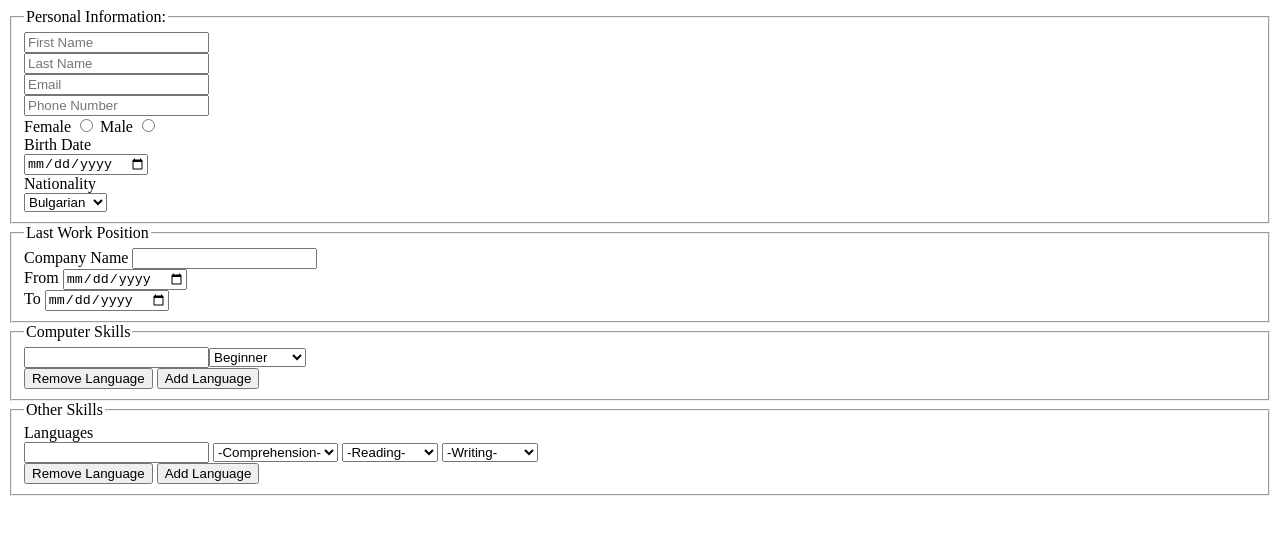
Repository: zhanivanov/PHP_Basics_Course_Homework
Page: http://localhost/5.CVGenerator/CVGenerator.php
The author's editor kept a copy of each file at every save. The page is drawn from the files as they stood at one save, then again after the next save.
The browser window is 1280 px wide. The pictures show the whole page.
The page is run by PHP 8.4 with error messages shown; the project is at /var/www/html/.

Above is the page before, as saved 2014-08-21 16:01:26.

### PHP_Working_With_Forms/5.CVGenerator/CVGenerator.php
<!DOCTYPE html>
<html>
    <head>
        <title>CVGenerator</title>
        <script>
          var idCounter = 0;
             function addLang() {
                        var myDiv = document.createElement("div");
                        myDiv.setAttribute("id", "inputBox" + idCounter);
                        idCounter++;
                        myDiv.innerHTML = '<input type="text" name="progLanguages[]" id="prog-langs" required="true"/>' +
                            '<select name="level[]" id="level" required="true">' +
                        '<option value="Beginner">Beginner</option>' +
                        '<option value="Programmer">Programmer</option>' +
                        '<option value="Ninja">Ninja</option>' +
                        '</select>' +
                        '<br/>';
                        document.getElementById("programming").appendChild(myDiv);
            }
            function removeLang(){
                var divRem = document.getElementById('inputBox'+(idCounter-1));
                idCounter--;
                document.getElementById('programming').removeChild(divRem);
            }
        </script>
    </head>
    <body>
        <form method="post">
             <fieldset>
                  <legend>Personal Information:</legend>
                  <input type="text" name="fname" placeholder="First Name"/>
                  <br />
                  <input type="text" name="lname" placeholder="Last Name"/>
                  <br />
                  <input type="email" name="email" placeholder="Email"/>
                  <br />
                  <input type="text" name="number" placeholder="Phone Number"/>
                  <br />
                  <label for="female">Female</label>
                  <input type="radio" name="gender" id="female" value="Female"/>
                  <label for"male">Male</label>
                  <input type="radio" name="gender" id="male" value="Male"/>
                  <br />
                  <label for="bday">Birth Date</label>
                  <br />
                  <input type="date" name="birthDate" id="bday"/>
                  <br />
                  <label for="nationality">Nationality</label>
                  <br />
                  <select name="nationality">
                      <option value="bulgarian">Bulgarian</option>
                      <option value="indian">Indian</option>
                      <option value="romanian">Romanian</option>
                      <option value="french">French</option>
                  </select>
             </fieldset>
             <fieldset>
                 <legend>Last Work Position</legend>
                 <label for="company-name">Company Name</label>
                 <input type="text" name="company" id="company-name"/>
                 <br />
                 <label for="from-date">From</label>
                 <input type="date" name="fromDate" id="from-date"/>
                 <br />
                  <label for="to-date">To</label>
                 <input type="date" name="toDate" id="to-date"/>
             </fieldset>

             <fieldset>
                 <legend>Computer Skills</legend>
                 <div id="programming">
                     <script>addLang();</script>
                 </div>
                 <input type="button" onclick="removeLang()" value="Remove Language"/>
                 <input type="button" onclick="addLang()" value="Add Language"/>
             </fieldset>


            <fieldset>
				<legend>
					Other Skills
				</legend>
				<label for="languages">Languages</label>
				<br />
				<input type="text" name="languages[]" id="languages"/>
				<select name="comprehension[]">
				    <option value="default">-Comprehension-</option>
				    <option value="beginner">beginner</option>
				    <option value="intermediate">intermediate</option>
				    <option value="advanced">advanced</option>
				</select>
                <select name="reading[]">
                    <option value="default">-Reading-</option>
                    <option value="beginner">beginner</option>
                    <option value="intermediate">intermediate</option>
                    <option value="advanced">advanced</option>
                </select>
                <select name="writing[]">
                    <option value="default">-Writing-</option>
                    <option value="beginner">beginner</option>
                    <option value="intermediate">intermediate</option>
                    <option value="advanced">advanced</option>
                </select>
                <br />
				<input type="button" onclick="" value="Remove Language"/>
				<input type="button" onclick="" value="Add Language"/>
			</fieldset>
        </form>
    </body>
</html>

After the next save:
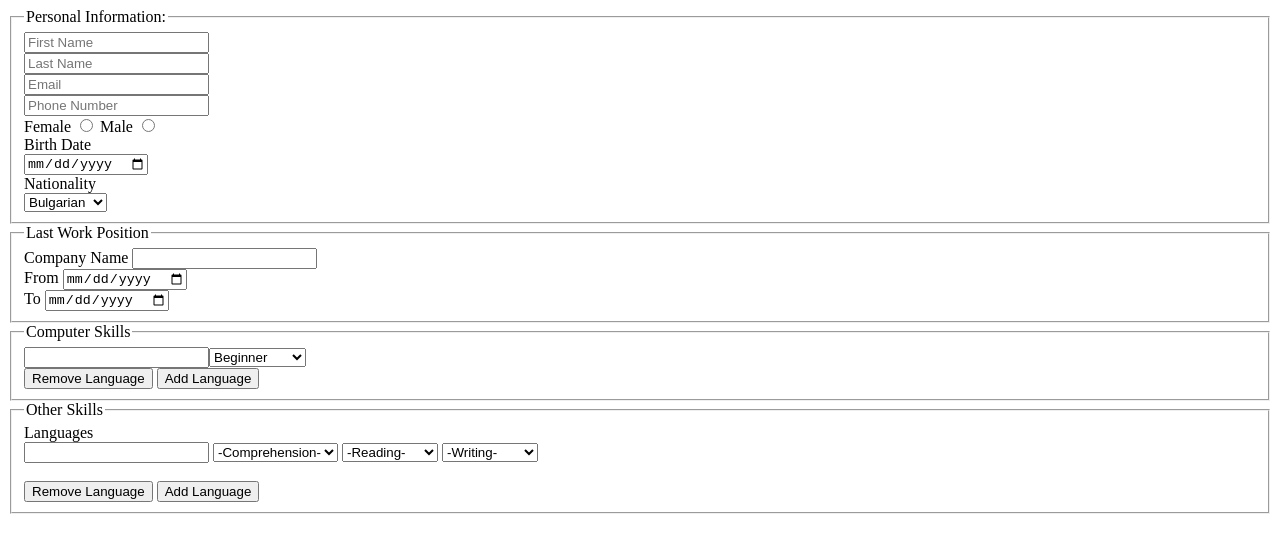
Saved 9 min 9 s later.
--- a/PHP_Working_With_Forms/5.CVGenerator/CVGenerator.php
+++ b/PHP_Working_With_Forms/5.CVGenerator/CVGenerator.php
@@ -21,6 +21,32 @@
                 var divRem = document.getElementById('inputBox'+(idCounter-1));
                 idCounter--;
                 document.getElementById('programming').removeChild(divRem);
+            }
+            var otherCounter = 0;
+            function addOther(){
+                var myDiv = document.createElement("div");
+                myDiv.setAttribute("id","inputField"+otherCounter);
+                otherCounter++;
+                myDiv.innerHTML = '<input type="text" name="languages[]" id="languages"/>'+
+                    '<select name="comprehension[]">'+
+                        '<option value="default">-Comprehension-</option>'+
+                        '<option value="beginner">beginner</option>'+
+                        '<option value="intermediate">intermediate</option>'+
+                        '<option value="advanced">advanced</option>'+
+                   '</select>'+
+                    '<select name="reading[]">'+
+                        '<option value="default">-Reading-</option>'+
+                        '<option value="beginner">beginner</option>'+
+                        '<option value="intermediate">intermediate</option>'+
+                       '<option value="advanced">advanced</option>'+
+                    '</select>'+
+                    '<select name="writing[]">'+
+                        '<option value="default">-Writing-</option>'+
+                        '<option value="beginner">beginner</option>'+
+                        '<option value="intermediate">intermediate</option>'+
+                        '<option value="advanced">advanced</option>'+
+                    '</select>';
+                document.getElementById('other').appendChild(myDiv);
             }
         </script>
     </head>
@@ -82,27 +108,29 @@
 				</legend>
 				<label for="languages">Languages</label>
 				<br />
-				<input type="text" name="languages[]" id="languages"/>
-				<select name="comprehension[]">
-				    <option value="default">-Comprehension-</option>
-				    <option value="beginner">beginner</option>
-				    <option value="intermediate">intermediate</option>
-				    <option value="advanced">advanced</option>
-				</select>
-                <select name="reading[]">
-                    <option value="default">-Reading-</option>
-                    <option value="beginner">beginner</option>
-                    <option value="intermediate">intermediate</option>
-                    <option value="advanced">advanced</option>
-                </select>
-                <select name="writing[]">
-                    <option value="default">-Writing-</option>
-                    <option value="beginner">beginner</option>
-                    <option value="intermediate">intermediate</option>
-                    <option value="advanced">advanced</option>
-                </select>
+				<div id="other">
+    				<input type="text" name="languages[]" id="languages"/>
+    				<select name="comprehension[]">
+    				    <option value="default">-Comprehension-</option>
+    				    <option value="beginner">beginner</option>
+    				    <option value="intermediate">intermediate</option>
+    				    <option value="advanced">advanced</option>
+    				</select>
+                    <select name="reading[]">
+                        <option value="default">-Reading-</option>
+                        <option value="beginner">beginner</option>
+                        <option value="intermediate">intermediate</option>
+                        <option value="advanced">advanced</option>
+                    </select>
+                    <select name="writing[]">
+                        <option value="default">-Writing-</option>
+                        <option value="beginner">beginner</option>
+                        <option value="intermediate">intermediate</option>
+                        <option value="advanced">advanced</option>
+                    </select>
+                </div>
                 <br />
-				<input type="button" onclick="" value="Remove Language"/>
+				<input type="button" onclick="addOther" value="Remove Language"/>
 				<input type="button" onclick="" value="Add Language"/>
 			</fieldset>
         </form>
